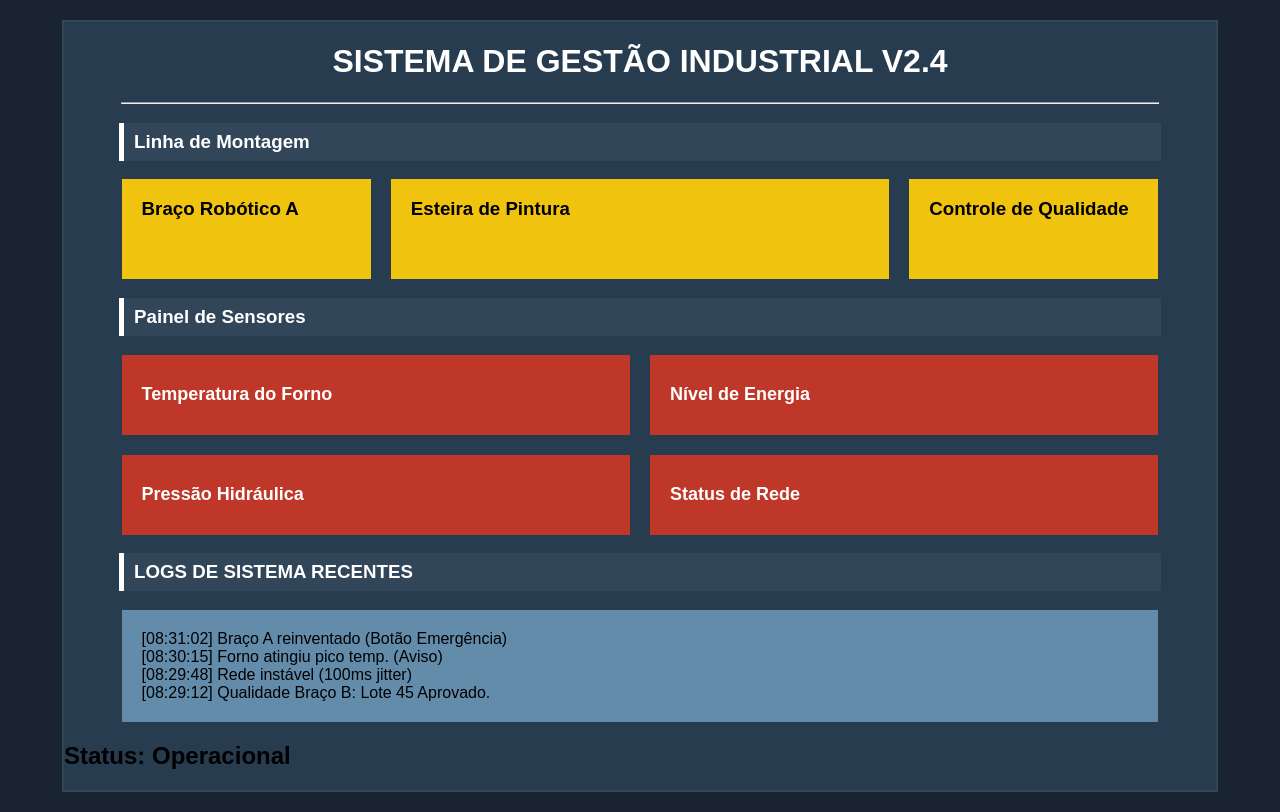
Repository: DanielEDapper/Front-WEG
Page: ProfeIgor/Aula5 - Dashboard Industrial/index.html
The author's editor kept a copy of each file at every save. The page is drawn from the files as they stood at one save, then again after a run of saves.
The browser window is 1280 px wide. The pictures show the whole page.
Some icons come from a web library that is not loaded, so they are not drawn.

Above is the page before, as saved 2026-05-29 20:04:58.

After the next 6 saves:
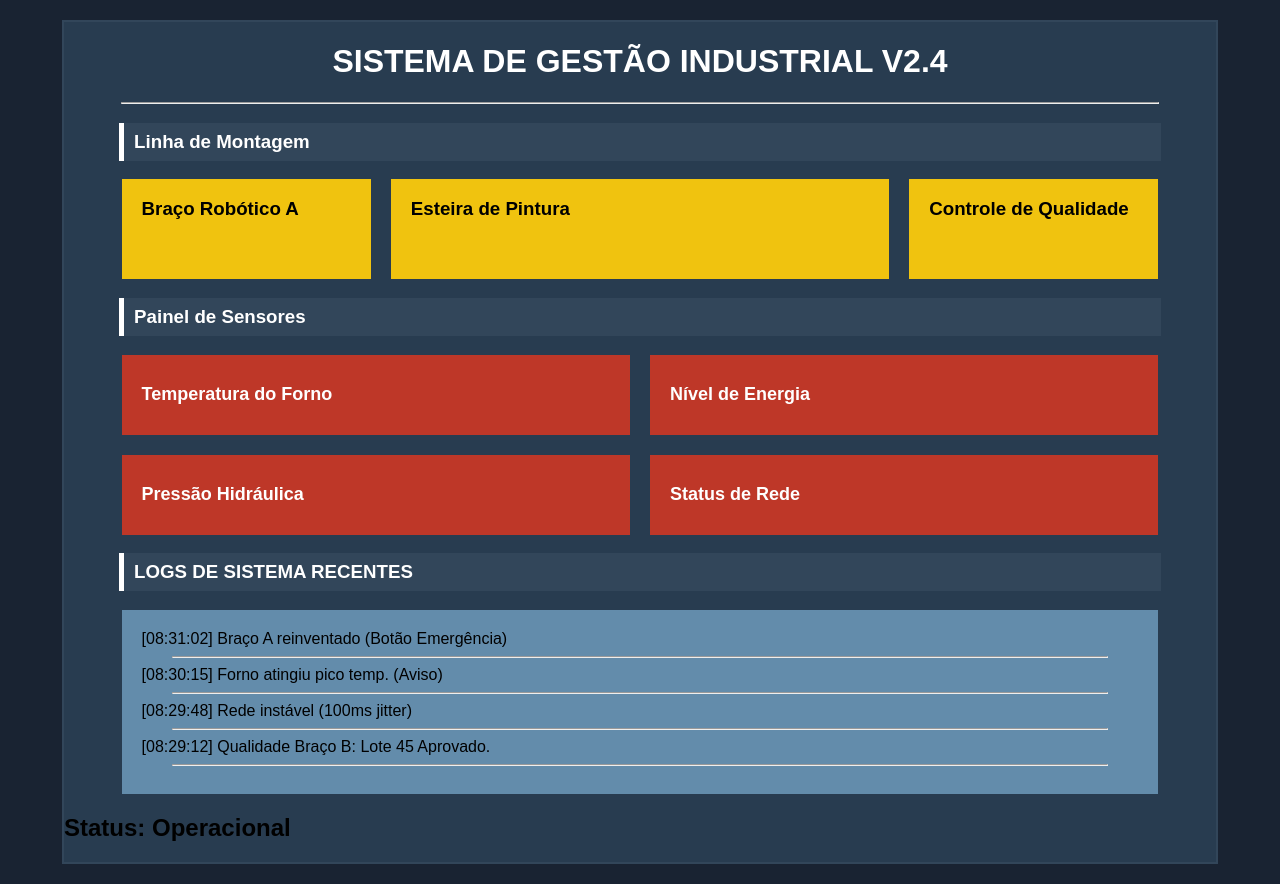
The 6 saves are shown as one change because they came seconds apart.
The last was saved 19 s later.
--- a/ProfeIgor/Aula5 - Dashboard Industrial/index.html
+++ b/ProfeIgor/Aula5 - Dashboard Industrial/index.html
@@ -63,9 +63,13 @@
                 </div>
                 <div class="container-logs">
                     <p>[08:31:02] Braço A reinventado (Botão Emergência)</p>
+                    <hr>
                     <p>[08:30:15] Forno atingiu pico temp. (Aviso)<p>
+                    <hr>
                     <p>[08:29:48] Rede instável (100ms jitter)</p>
+                    <hr>
                     <p>[08:29:12] Qualidade Braço B: Lote 45 Aprovado.</p>
+                    <hr>
                 </div>
             </div>
         </div>
